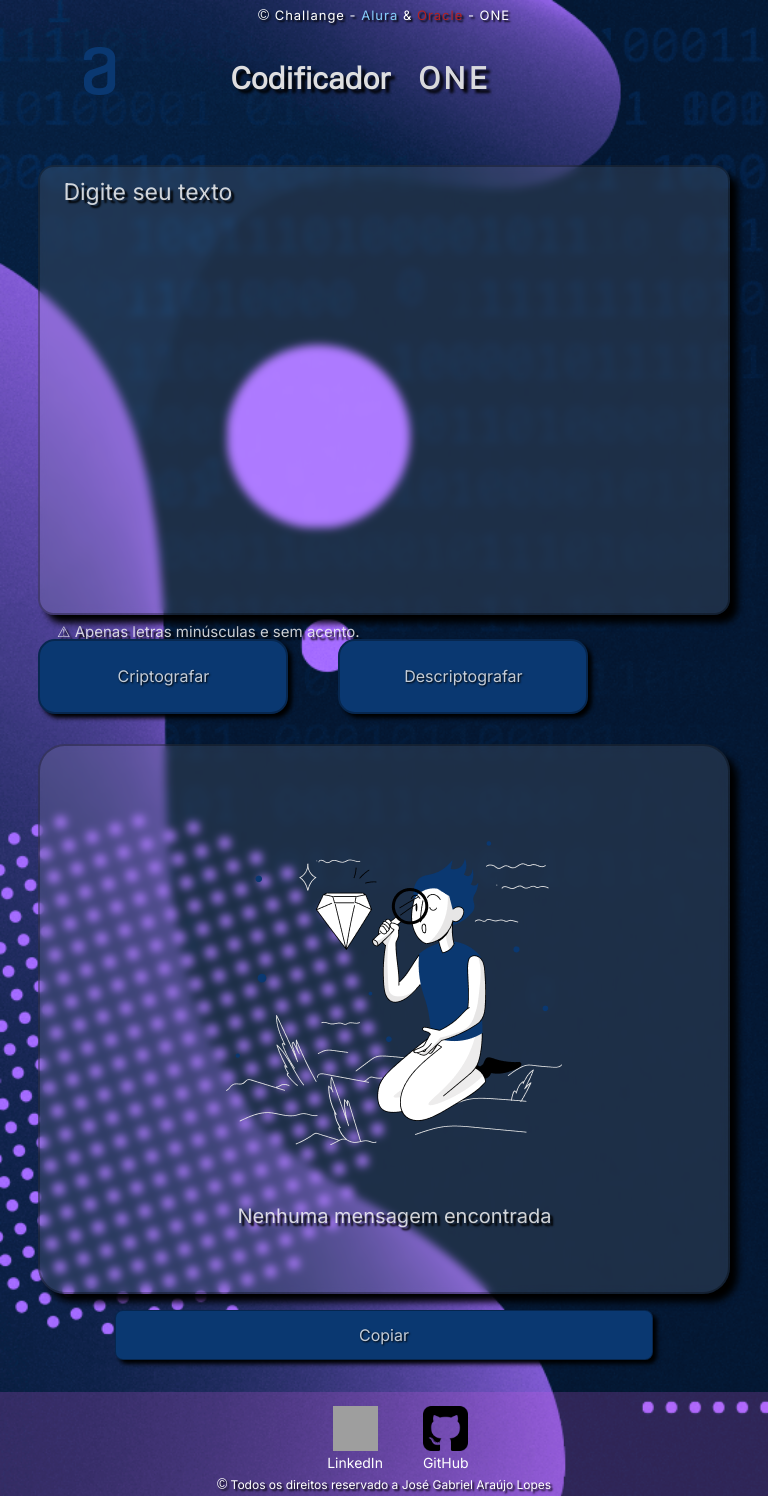
Repository: GabbrielLopes/Decodificador-ONE-Challange-Alura
Page: index.html
These files come from the project's save history. The page is drawn as it stood at one moment and after a run of saves; the edit follows.
The browser window is 768 px wide. The pictures show the whole page.
Pictures or frames that could not be fetched are drawn as grey boxes.

Above is the page before, as saved 2022-05-11 23:22:08.

After the next 2 saves:
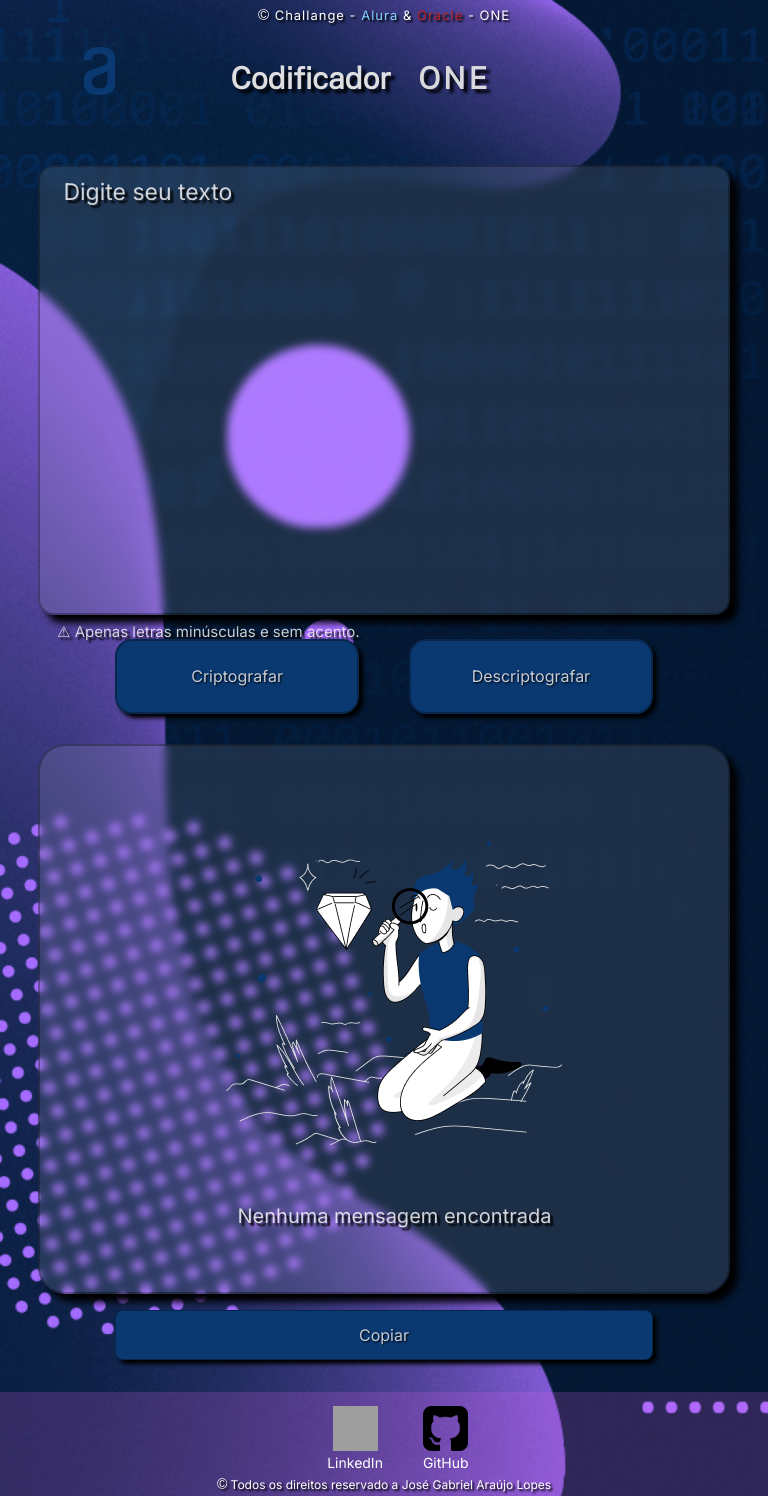
The 2 saves are shown as one change because they came seconds apart.
The last was saved 5 s later.
--- a/css/media.css
+++ b/css/media.css
@@ -30,7 +30,7 @@
     }
 
     .botoes {
-        margin: 0 5%;
+        margin: 0 15%;
         max-width: 80%;
     }
 
